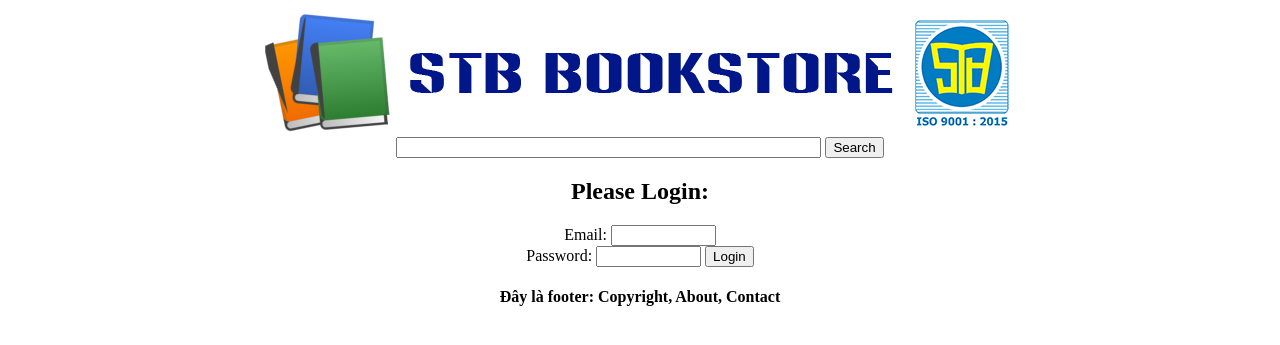
Repository: tranky1992/tranky1992.github.io
Page: http://localhost/BookStoreWebsite/frontend/login.jsp
The author's editor kept a copy of each file at every save. The page is drawn from the files as they stood at one save, then again after the next save.
The browser window is 1280 px wide. The pictures show the whole page.
The page is served by Tomcat 9. Other server files are loaded and not shown.

Above is the page before, as saved 2020-10-01 14:48:59.

### BookStoreWebsite/WebContent/frontend/login.jsp
<%@ page language="java" contentType="text/html; charset=UTF-8" pageEncoding="UTF-8"%>
<!DOCTYPE html PUBLIC "-//W3C//DTD HTML 4.01 Transitional//EN" "http://www.w3.org/TR/html4/loose.dtd">
<html>
<head>
<meta http-equiv="Content-Type" content="text/html; charset=UTF-8">
<title>Login</title>
</head>
<body>
	<jsp:directive.include file="header.jsp" />
	<div align="center">
		<h2>Please Login: </h2>
		<form action="">
			Email: <input type="text" size ="10"><br>
			Password: <input type="password" size ="10"/>
			<input type ="submit" value="Login" />
		</form>
	</div>
	<jsp:directive.include file="footer.jsp" />
</body>
</html>

### BookStoreWebsite/WebContent/frontend/header.jsp
<%@ page language="java" contentType="text/html; charset=UTF-8" pageEncoding="UTF-8"%>
<div align="center">
		<div>
			<img src="images/BookstoreLogo.png">
		</div>
		<div>
			<input type="text" name="keyword" size="50" />
			<input type="button" value="Search" />
		</div>
</div>

### BookStoreWebsite/WebContent/frontend/footer.jsp
<%@ page language="java" contentType="text/html; charset=UTF-8" pageEncoding="UTF-8"%>
<div align="center">
		<h4>
			Đây là footer: Copyright, About, Contact
		</h4>
</div>

After the next save:
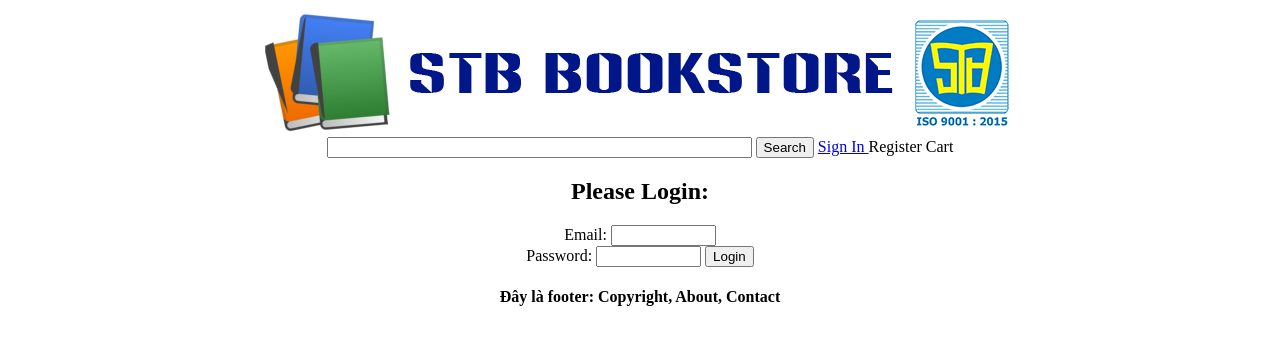
Saved 3 min 24 s later.
--- a/BookStoreWebsite/WebContent/frontend/header.jsp
+++ b/BookStoreWebsite/WebContent/frontend/header.jsp
@@ -6,5 +6,8 @@
 		<div>
 			<input type="text" name="keyword" size="50" />
 			<input type="button" value="Search" />
+			<a href ="login" > Sign In </a>
+			Register
+			Cart
 		</div>
 </div>
